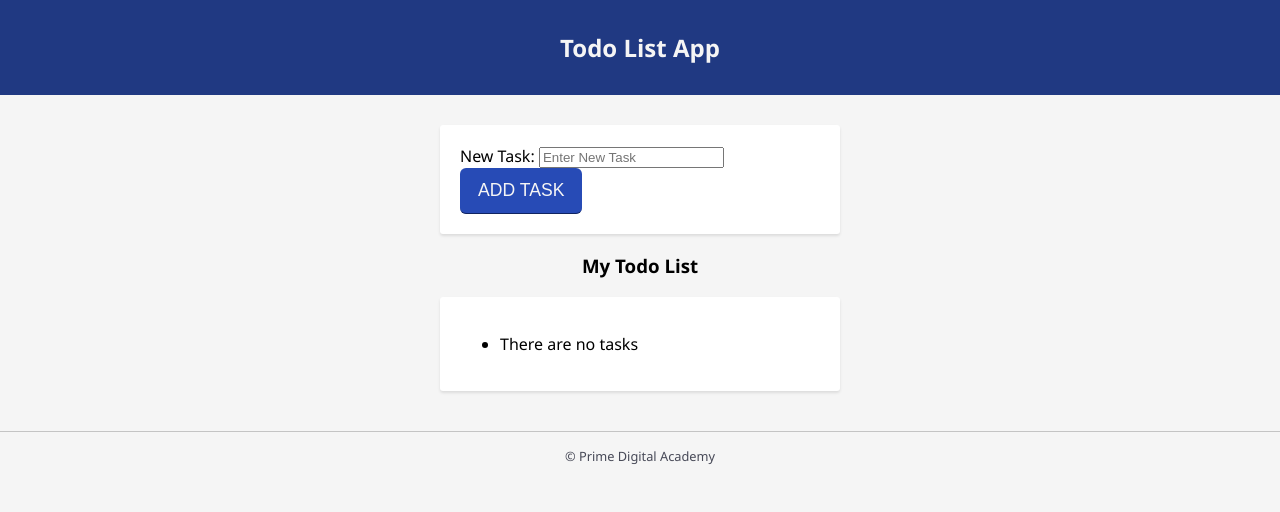
Repository: ryanmgregory/ursus-todo-list
Page: index.html
These files come from the project's save history. The page is drawn as it stood at one moment and after the next save; the edit follows.
The browser window is 1280 px wide. The pictures show the whole page.

Above is the page before, as saved 2020-03-19 22:59:54.

### index.html
<!DOCTYPE html>
<html lang="en">
  <head>
    <meta charset="UTF-8" />
    <meta name="viewport" content="width=device-width, initial-scale=1.0" />
    <link rel="stylesheet" href="style.css" />
    <script src="jquery-3.4.1.min.js" type="text/javascript"></script>
    <script src="javascript.js" type="text/javascript"></script>

    <title>Todo List</title>
  </head>
  <body>
    <header class="appBar">
      <h1 class="appBar-title">Todo List App</h1>
    </header>
    <!-- ASSIGNMENT CONTENT GOES BELOW HERE -->

    <!--Input field with "New Task" label.  "Add Task" BTN.  -->
    <div class="panel">
      <form class="js-form-add">
        <label>New Task:</label>
        <input class="js-input-task" type="text" placeholder="Enter New Task" />
        <button class="btn" type="submit">ADD TASK</button>
      </form>
    </div>

    <!-- h3 "My To Do List"  -->
    <h3>My Todo List</h3>
    <!-- <UL> <OL single item: "There are no tasks in it"/>  -->
    <div class="panel">
      <ul class="js-unordered-list">
        <li class="js-single-item-list">
          There are no tasks
        </li>
      </ul>
    </div>
    <footer class="footer">
      &copy; Prime Digital Academy
    </footer>
  </body>
</html>

### style.css
/* ----------------------------------------
** Element Resets
** ---------------------------------------- */

h3 {
  text-align: center;
}

html,
body {
  margin: 0;
  height: 100%;
  background-color: #f5f5f5;
  font-family: "Segoe UI", Tahoma, Geneva, Verdana, sans-serif;
}

/* ----------------------------------------
** Footer
** ---------------------------------------- */

.footer {
  margin: 40px 0 0;
  padding: 15px 20px;
  border-top: 1px solid rgb(0, 0, 0, 0.2);
  color: #474957;
  text-align: center;
  font-size: 0.8rem;
}

/* ----------------------------------------
** App Bar
** ---------------------------------------- */

.appBar {
  margin: 0 0 30px;
  padding: 15px 20px;
  background-color: #203982;
  color: #f5f5f5;
  text-align: center;
}

.appBar-title {
  font-size: 1.5rem;
}

/* ----------------------------------------
** Panel
** - wrapping element meant to give the look
**   of a raised box
** ---------------------------------------- */

.panel {
  margin: 0 auto;
  padding: 20px;
  max-width: 90%;
  width: 400px;
  box-sizing: border-box;
  background-color: #ffffff;
  border-radius: 3px;
  box-shadow: 0 2px 3px rgb(0, 0, 0, 0.1);
}

.panel + .panel {
  margin-top: 20px;
}

/* ----------------------------------------
** Button
** - interactive element for clickable buttons
** ---------------------------------------- */

.btn {
  padding: 12px 18px;
  box-sizing: border-box;
  border-radius: 6px;
  background: #274bb6;
  border-width: 0;
  border-bottom: 1px solid #102461;
  color: #f5f5f5;
  text-align: center;
  font-size: 1.1rem;
  text-transform: uppercase;
  cursor: pointer;
}

.btn:hover {
  background-color: #102461;
}

.btn:disabled {
  border-width: 0;
  background-color: #b2b6d3;
  cursor: not-allowed;
}

.btn_fullWidth {
  width: 100%;
}

/* ----------------------------------------
** Form Fields
** - styling for both standard input and label
** ---------------------------------------- */

.fieldLabel {
  display: block;
  margin: 0 0 10px;
}

.field {
  margin: 0 0 20px;
  padding: 10px;
  width: 100%;
  box-sizing: border-box;
  border-radius: 6px;
  border: 1px solid #474957;
  font-size: 1.2rem;
}

/* ----------------------------------------
** Stacked List
** - meant for the element wrapping a list
**   of items
** ---------------------------------------- */

.stackedList {
  margin: 0;
  padding: 0;
  list-style: none;
}

.stackedList > * {
  display: flex;
  justify-content: space-between;
  align-items: center;
  padding: 10px;
  width: 100%;
  box-sizing: border-box;
}

.stackedList > * + * {
  border-top: 1px solid #75788d;
}

/* ----------------------------------------
** Actions and State
** - utility classes to alter a visual
** ---------------------------------------- */

.isComplete {
  background-color: #a8f0d4;
}

### javascript.js
$(document).ready(init);
// create addTask ready on page load
const todoArray = [];

function init() {
  $(".js-form-add").on("click", ".btn", addTask);
  $(".js-unordered-list").on("click", ".js-btn-complete", toggleBtn);
}

const taskObject = {
  taskName: $(".js-input-task").val(),
  complete: false
};
// addTask function to receive task (as object) into array
// create object with name (string) & complete (boolean)
// added prevent default event to stop the page from reloading

function addTask(event) {
  event.preventDefault();
  console.log("in addTask");

  const taskObject = {
    taskName: $(".js-input-task").val(),
    complete: false
  };
  todoArray.push(taskObject);
  console.log("to do array:", todoArray);
  emptyField();
  render();
}

// empty input field after addTask
function emptyField() {
  $(".js-input-task").val("");
}

// Display object from array on <ul> on DOM
// empty array before each push
function render() {
  $(".js-unordered-list").empty();
  for (let i = 0; i < todoArray.length; i++) {
    const individualTask = todoArray[i];
    $(".js-unordered-list").append(`
        <div>
        <li>${individualTask.taskName} <button class="js-btn-complete">COMPLETE</button>  </li>
        <div>
        `);
  }
}

// btn click event to change value of object to true

function toggleBtn() {
  $(this.value === false);
}

//   console.log("in ToGgLe!!!");
//   if (($(this.parent()) = false)) {
//     console.log("its false");
//   }
//   if (($(this.parent()) = true)) {
//     console.log("its true");
//   }
// }

//   for (let i = 0; i < todoArray.length; i++) {
//     const individualTask = todoArray[i];
//     $(this).toggle($({.complete} = true));
//   }

// // console.log("todoArray:", todoArray);

// function toggleBtn() {
//   console.log("in ToGgLe!!!");
//   console.log("todoArray:", todoArray);
//   for (let i = 0; i < todoArray.length; i++) {
//     const individualTask = todoArray[i];
//     $(".js-unordered-list").append(`
//   <div>
//   <button class="js-btn-complete"${(individualTask.complete = true)}>COMPLETE</button>  </li>
//   <div>
//   `);
//   }
// }

Loaded but not shown: jquery-3.4.1.min.js (library)

After the next save:
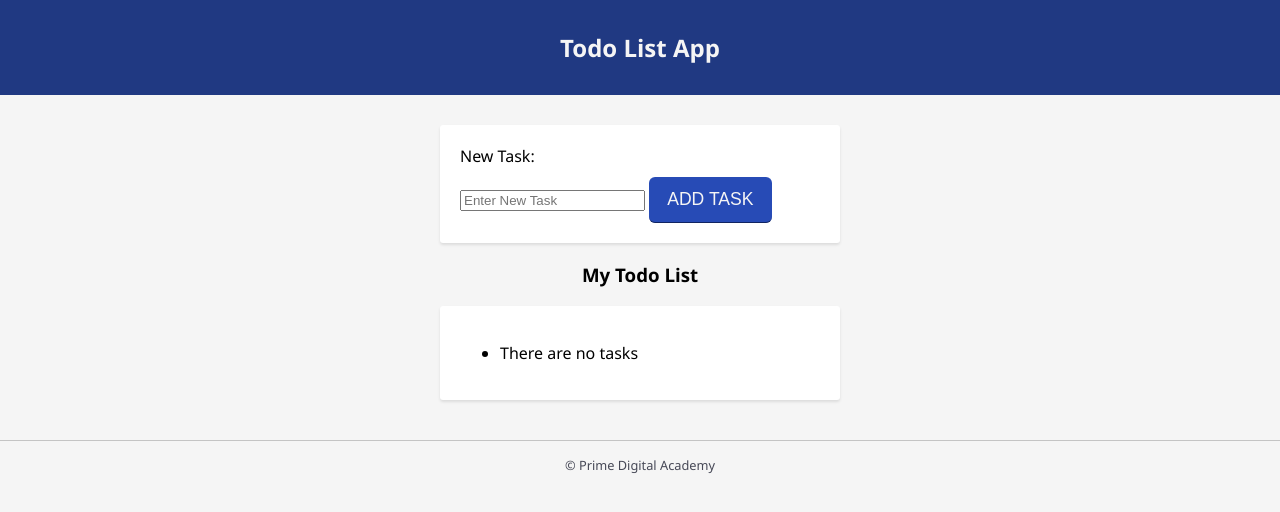
Saved 4 min 55 s later.
--- a/index.html
+++ b/index.html
@@ -18,7 +18,7 @@
     <!--Input field with "New Task" label.  "Add Task" BTN.  -->
     <div class="panel">
       <form class="js-form-add">
-        <label>New Task:</label>
+        <label class="fieldLabel">New Task:</label>
         <input class="js-input-task" type="text" placeholder="Enter New Task" />
         <button class="btn" type="submit">ADD TASK</button>
       </form>
